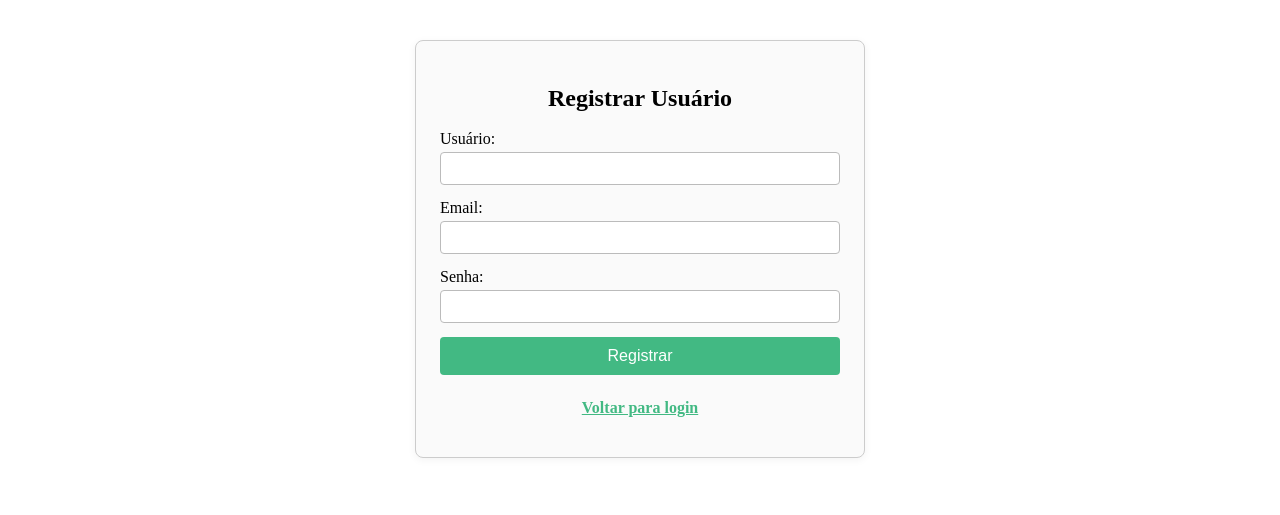
Repository: MuriloColleti/Project-vue
Page: /register
The author's editor kept a copy of each file at every save. The page is drawn from the files as they stood at one save, then again after a run of saves.
The browser window is 1280 px wide. The pictures show the whole page.
The project was rebuilt for these pictures with package versions that can differ from the ones it lists, and the page was loaded fresh each time. Also part of the build but not shown: vite.config.js, src/pages/Home.vue, src/pages/Login.vue.

Above is the page before, as saved 2025-09-20 17:15:42.

### index.html
<!DOCTYPE html>
<html lang="">
  <head>
    <meta charset="UTF-8">
    <link rel="icon" href="/favicon.ico">
    <meta name="viewport" content="width=device-width, initial-scale=1.0">
    <title>Vite App</title>
  </head>
  <body>
    <div id="app">z</div>
    <script type="module" src="/src/main.js"></script>
  </body>
</html>

### src/App.vue
<template>
  <router-view />
</template>

<script setup>
// Layout principal apenas exibe o conteúdo das rotas
</script>

<style scoped>
body {
  background: #f5f5f5;
}
</style>

### src/router/index.js
import { createRouter, createWebHistory } from 'vue-router'

import Home from '../pages/Home.vue'
import Login from '../pages/Login.vue'
import Register from '../pages/Register.vue'

const router = createRouter({
  history: createWebHistory(import.meta.env.BASE_URL),
  routes: [
    {
      path: '/',
      name: 'HomePage',
      component: Home,
    },
    {
      path: '/login',
      name: 'LoginPage',
      component: Login,
    },
    {
      path: '/register',
      name: 'RegisterPage',
      component: Register,
    },
  ],
})

export default router

### src/pages/Register.vue
<template>
  <div class="register-container">
    <h2>Registrar Usuário</h2>
    <form @submit.prevent="handleRegister">
      <div>
        <label for="newUsername">Usuário:</label>
        <input type="text" id="newUsername" v-model="newUsername" required />
      </div>
      <div>
        <label for="newEmail">Email:</label>
        <input type="email" id="newEmail" v-model="newEmail" required />
      </div>
      <div>
        <label for="newPassword">Senha:</label>
        <input type="password" id="newPassword" v-model="newPassword" required />
      </div>
      <button type="submit">Registrar</button>
    </form>
    <p v-if="registerError" class="error">{{ registerError }}</p>
    <p v-if="registerSuccess" class="success">{{ registerSuccess }}</p>
    <router-link to="/login" class="login-link">Voltar para login</router-link>
    <ul></ul>
  </div>
</template>

<script setup>
import { ref, onMounted } from 'vue'
import { useRouter } from 'vue-router'

const users = ref([])
let nextId = ref(1)

const newUsername = ref('')
const newEmail = ref('')
const newPassword = ref('')
const registerError = ref('')
const registerSuccess = ref('')
const router = useRouter()

function loadUsers() {
  const saved = localStorage.getItem('users')
  if (saved) {
    users.value = JSON.parse(saved)
    nextId.value = users.value.length > 0 ? Math.max(...users.value.map((u) => u.id)) + 1 : 1
  } else {
    users.value = [{ id: 1, username: 'admin', email: 'admin@email.com', password: '1234' }]
    nextId.value = 2
    localStorage.setItem('users', JSON.stringify(users.value))
  }
}

onMounted(loadUsers)

function handleRegister() {
  if (!newUsername.value || !newEmail.value || !newPassword.value) {
    registerError.value = 'Preencha todos os campos.'
    registerSuccess.value = ''
    return
  }
  if (users.value.some((u) => u.username === newUsername.value)) {
    registerError.value = 'Usuário já existe.'
    registerSuccess.value = ''
    return
  }
  users.value.push({
    id: nextId.value++,
    username: newUsername.value,
    email: newEmail.value,
    password: newPassword.value,
  })
  localStorage.setItem('users', JSON.stringify(users.value))
  registerSuccess.value = `Bem-vindo, ${newUsername.value}! Usuário registrado com sucesso.`
  registerError.value = ''
  setTimeout(() => {
    router.push('/login')
  }, 1500)
  newUsername.value = ''
  newEmail.value = ''
  newPassword.value = ''
}
</script>

<style scoped>
.register-container {
  max-width: 400px;
  margin: 40px auto;
  padding: 24px;
  border: 1px solid #ccc;
  border-radius: 8px;
  background: #fafafa;
  box-shadow: 0 2px 8px rgba(0, 0, 0, 0.05);
}
.register-container h2 {
  text-align: center;
  margin-bottom: 18px;
}
.register-container form > div {
  margin-bottom: 14px;
}
.register-container label {
  display: block;
  margin-bottom: 4px;
  font-weight: 500;
}
.register-container input {
  width: 100%;
  padding: 8px;
  border: 1px solid #bbb;
  border-radius: 4px;
  box-sizing: border-box;
}
.register-container button {
  width: 100%;
  padding: 10px;
  background: #42b983;
  color: #fff;
  border: none;
  border-radius: 4px;
  font-size: 16px;
  cursor: pointer;
  transition: background 0.2s;
}
.register-container button:hover {
  background: #369870;
}
.error {
  color: red;
  margin-top: 10px;
  text-align: center;
}
.success {
  color: green;
  margin-top: 10px;
  text-align: center;
}
.login-link {
  display: block;
  margin: 24px auto 0 auto;
  text-align: center;
  color: #42b983;
  font-weight: bold;
  text-decoration: underline;
  cursor: pointer;
}
</style>

Loaded but not shown: src/main.js (common file)

After the next 2 saves:
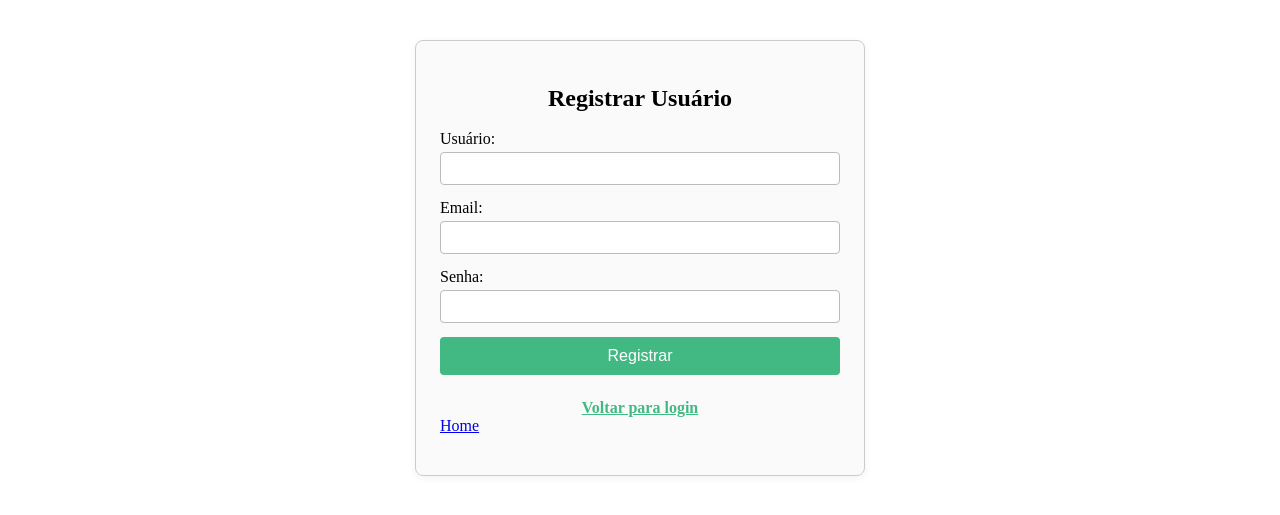
The 2 saves are shown as one change because they came seconds apart.
The last was saved 39 s later.
--- a/src/pages/Register.vue
+++ b/src/pages/Register.vue
@@ -19,6 +19,7 @@
     <p v-if="registerError" class="error">{{ registerError }}</p>
     <p v-if="registerSuccess" class="success">{{ registerSuccess }}</p>
     <router-link to="/login" class="login-link">Voltar para login</router-link>
+    <router-link to="/" class="home-link">Home</router-link>
     <ul></ul>
   </div>
 </template>
